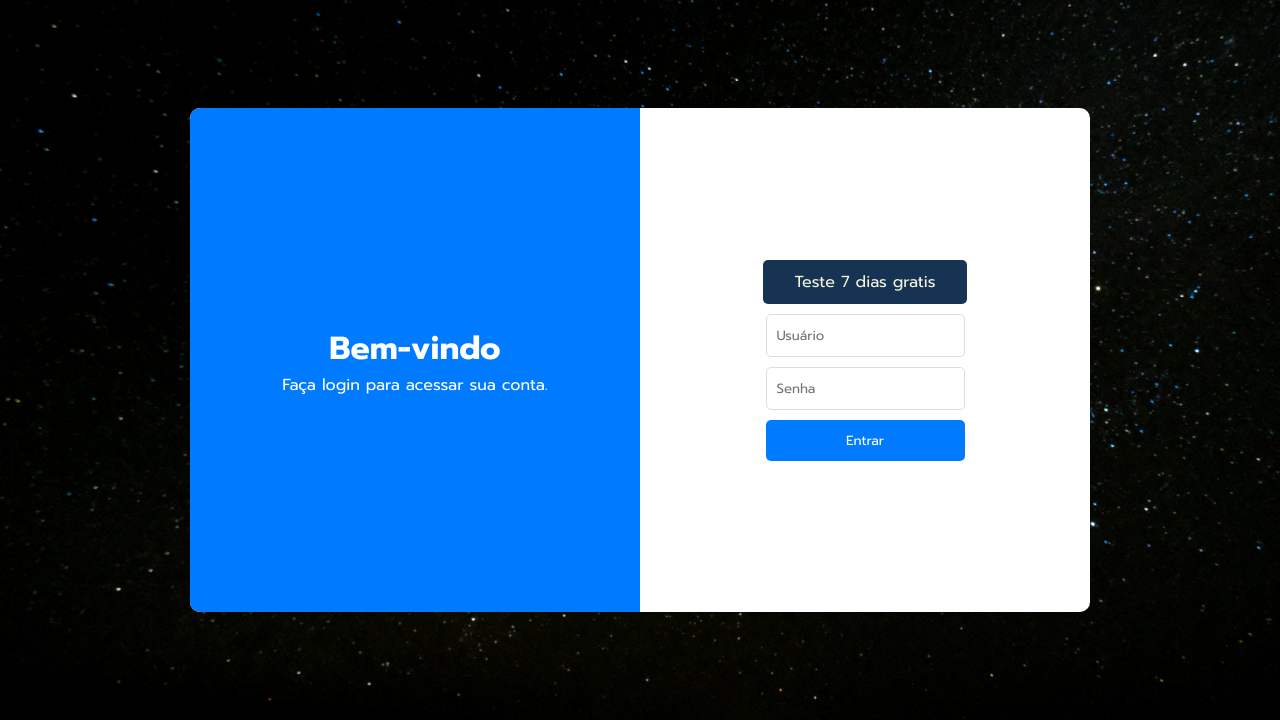
Repository: joao-paulo-paiva/tela-login
Page: index.html
An editor plug-in stored every save of this project. The page is shown before and after the next save, followed by the edit.
The browser window is 1280 px wide. The pictures show the whole page.

Above is the page before, as saved 2025-04-15 11:31:06.

### index.html
<!DOCTYPE html>
<html lang="pt-br">
<head>
    <meta charset="UTF-8">
    <meta name="viewport" content="width=device-width, initial-scale=1.0">
    <title>Tela de Login</title>
    <link rel="stylesheet" href="style.css">
    <link rel="preconnect" href="https://fonts.googleapis.com">
    <link rel="preconnect" href="https://fonts.gstatic.com" crossorigin>
    <link href="https://fonts.googleapis.com/css2?family=DM+Sans:ital,opsz,wght@0,9..40,100..1000;1,9..40,100..1000&family=Montserrat:ital,wght@0,100..900;1,100..900&family=Prompt:ital,wght@0,100;0,200;0,300;0,400;0,500;0,600;0,700;0,800;0,900;1,100;1,200;1,300;1,400;1,500;1,600;1,700;1,800;1,900&display=swap" rel="stylesheet">
</head>
<body>
    <div class="container">
        <div class="esquerda">
            <h1>Bem-vindo</h1>
            <p class="">Faça login para acessar sua conta.</p>
        </div>
        <div class="direita">
            <a href="#" class="teste-gratis"><p>Teste 7 dias gratis</p></a>
            <form action="#" method="POST">
                <input type="text" placeholder="Usuário" required>
                <input type="password" placeholder="Senha" required>
                <button type="submit">Entrar</button>
            </form>
        </div>
    </div>
</body>
</html>

### style.css
* {
    margin: 0;
    padding: 0;
    box-sizing: border-box;
    font-family: "Prompt", sans-serif;
}

body {
    display: flex;
    justify-content: center;
    align-items: center;
    height: 100vh;
    background-image: url(./imagens/pexels-francesco-ungaro-998641.jpg);
    background-size: cover;
    background-position: center;
    background-repeat: no-repeat;
}

.container {
    display: flex;
    height: 70%;
    width: 80%;
    max-width: 900px;
    background: white;
    border-radius: 10px;
    overflow: hidden;
}

.esquerda, .direita {
    width: 50%;
    padding: 40px;
}

.esquerda {
    background-color: #007bff;
    color: white;
    display: flex;
    flex-direction: column;
    justify-content: center;
    align-items: center;
}

.direita {
    display: flex;
    flex-direction: column;
    justify-content: center;
    align-items: center;
}

input {
    display: block;
    width: 100%;
    padding: 10px;
    margin: 10px 0;
    border: 1px solid #ddd;
    border-radius: 5px;
}
.teste-gratis {
    display: flex;
    justify-content: center; /* Centraliza horizontalmente */
    align-items: center; /* Centraliza verticalmente */
    width: 55%;
    padding: 10px;
    background-color: #163353;
    text-decoration: none;
    color: beige;
    border-radius: 5px;
    text-align: center; /* Garante que o texto esteja centralizado dentro do bloco */
}

button {
    width: 100%;
    padding: 10px;
    background-color: #007bff;
    color: white;
    border: none;
    border-radius: 5px;
    cursor: pointer;
}

After the next save:
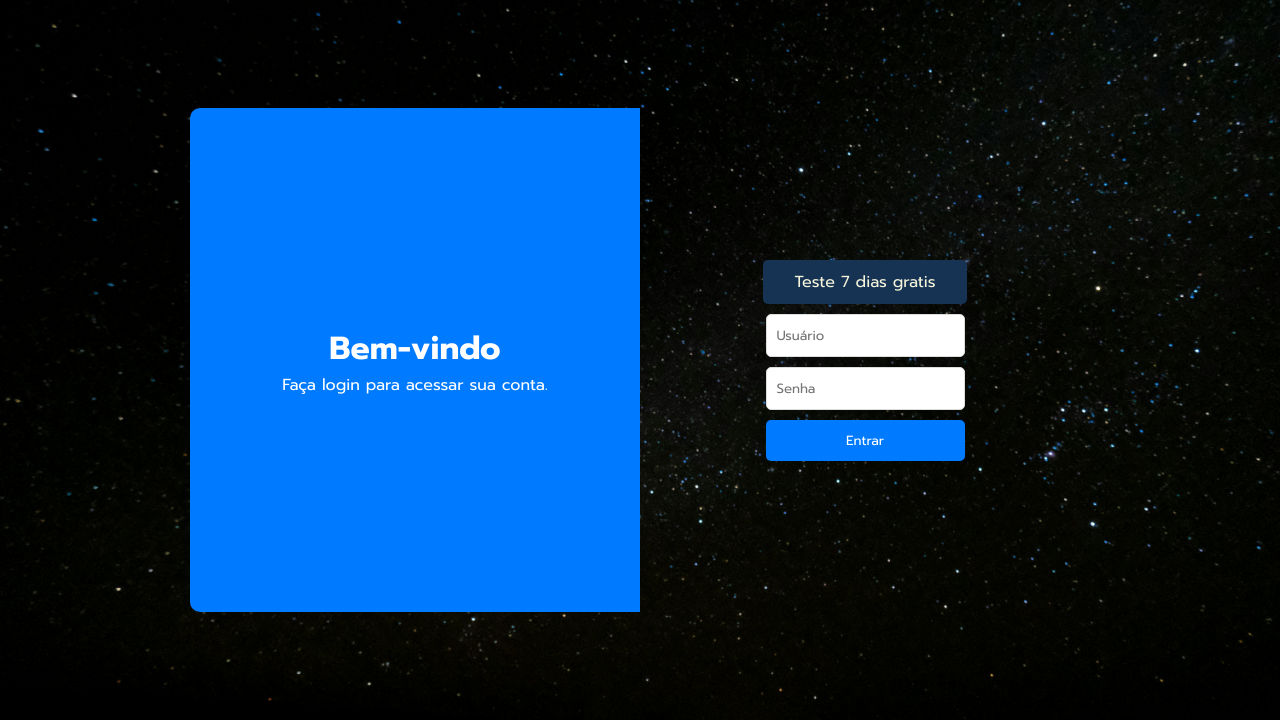
Saved 11 s later.
--- a/style.css
+++ b/style.css
@@ -21,7 +21,7 @@ body {
     height: 70%;
     width: 80%;
     max-width: 900px;
-    background: white;
+
     border-radius: 10px;
     overflow: hidden;
 }
